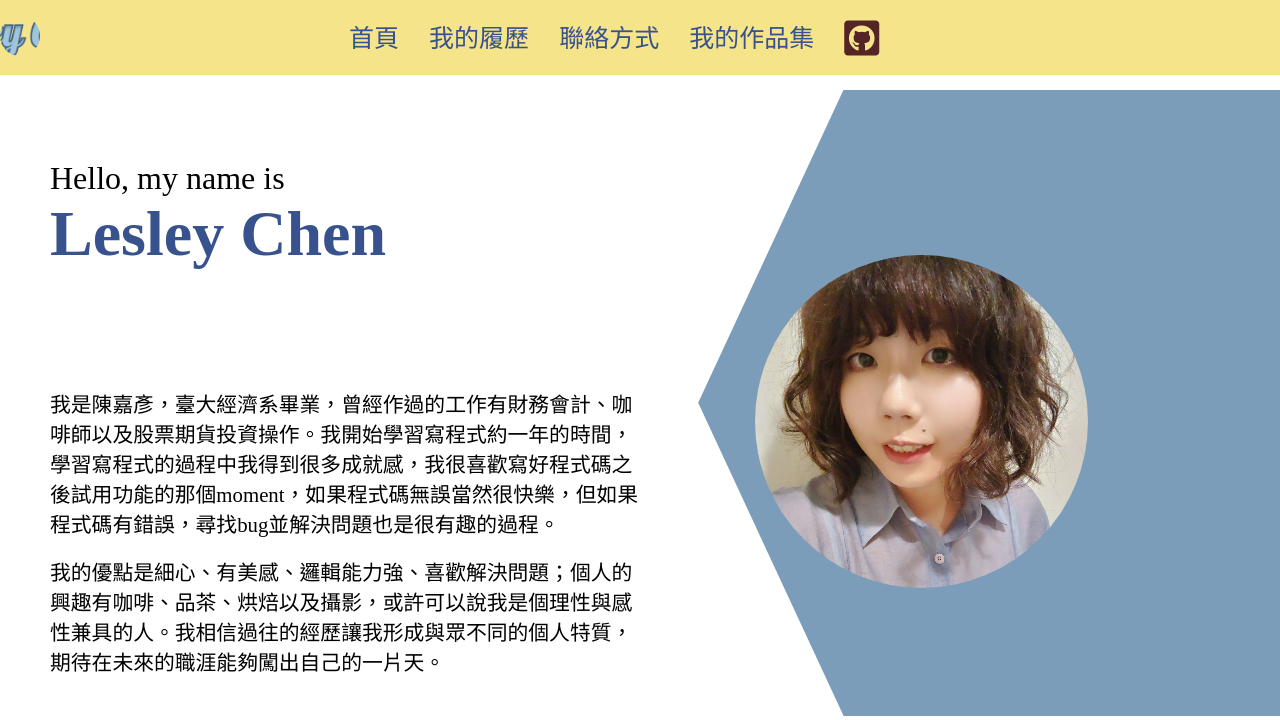
Repository: lcjyc/portfolio-website
Page: /
An editor plug-in stored every save of this project. The page is shown before and after the next save, followed by the edit.
The browser window is 1280 px wide. The pictures show the whole page.
The project was rebuilt for these pictures with package versions that can differ from the ones it lists, and the page was loaded fresh each time. Also part of the build but not shown: src/pages/resume/resume.css, src/pages/resume/Resume.jsx, src/pages/contact/contact.css, src/pages/contact/Contact.jsx, src/pages/portfolio/Portfolio.jsx.

Above is the page before, as saved 2022-08-21 16:02:57.

After the next save:
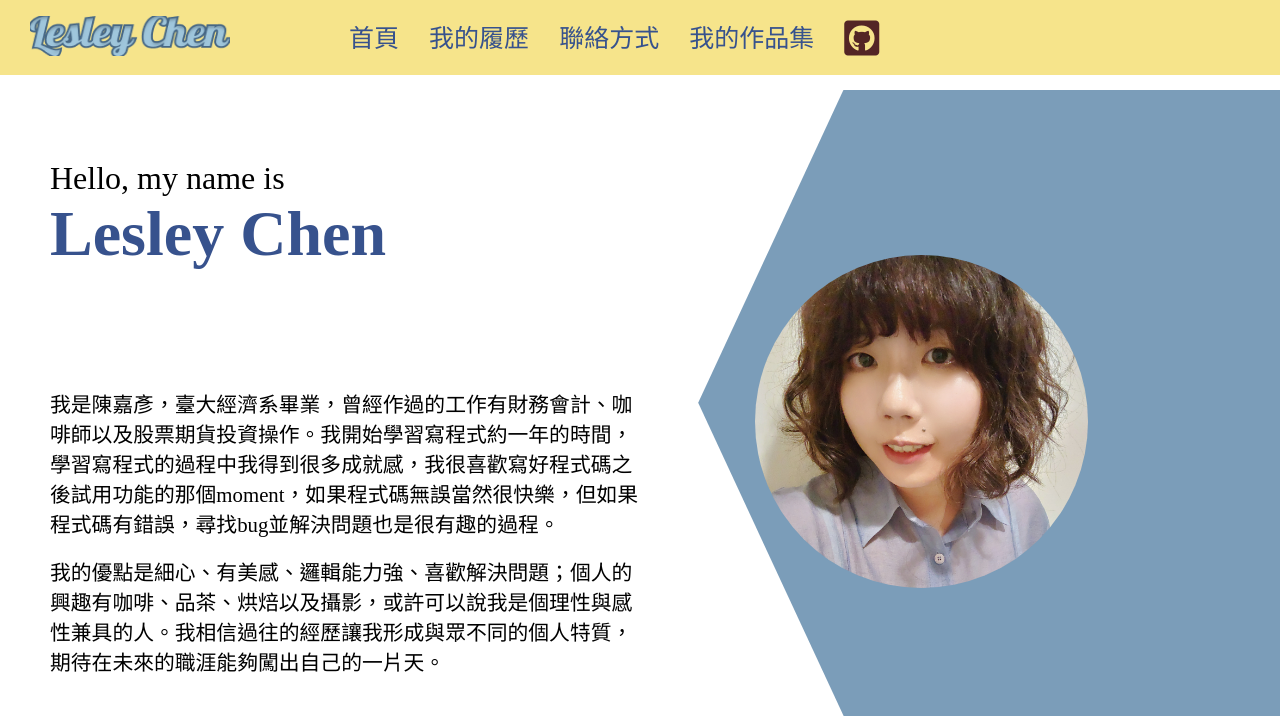
Saved 53 s later.
--- a/src/components/topbar/topbar.css
+++ b/src/components/topbar/topbar.css
@@ -15,6 +15,7 @@
 }
 
 .topImg {
+  margin-left: 30px;
   width: 200px;
   height: 40px;
 }
@@ -28,14 +29,6 @@
   font-size: 40px;
   margin-right: 10px;
   color: rgb(83, 37, 37);
-  cursor: pointer;
-}
-
-.topImg {
-  width: 40px;
-  height: 40px;
-  border-radius: 50%;
-  object-fit: cover;
   cursor: pointer;
 }
 
